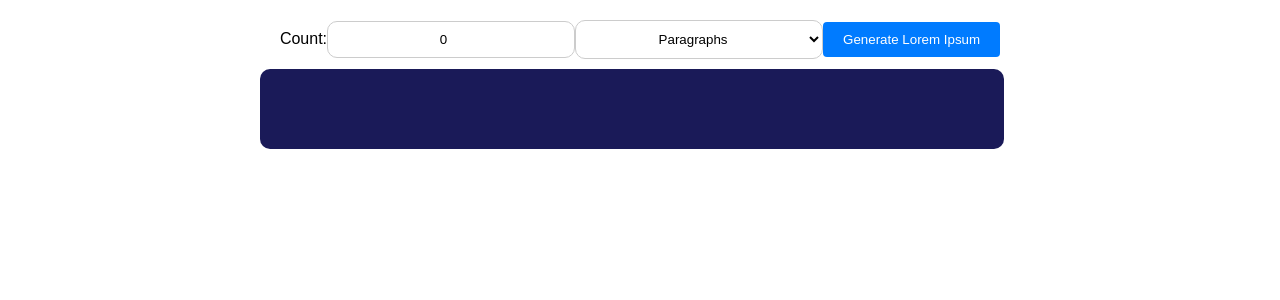
Repository: sriram1224/lorem-generator
Page: /
The author's editor kept a copy of each file at every save. The page is drawn from the files as they stood at one save, then again after the next save.
The browser window is 1280 px wide. The pictures show the whole page.
The project was rebuilt for these pictures with package versions that can differ from the ones it lists, and the page was loaded fresh each time.

Above is the page before, as saved 2024-03-11 21:48:30.

### src/App.js
import LoremIpsumGenerator from './Components/lorem';
import './App.css';

function App() {
  return (
    <div className="App">
      <LoremIpsumGenerator />
    </div>
  );
}

export default App;

### src/Components/lorem.js
import React, { useState } from 'react';
import { loremIpsum } from 'lorem-ipsum';
import './lorem.css';

const LoremGenerator = () => {
  const [count, setCount] = useState(0);
  const [type, setType] = useState('paragraphs');
  const [generatedText, setGeneratedText] = useState('');

  const handleCountChange = (e) => {
    const newCount = parseInt(e.target.value, 10);
    setCount(newCount);
  };

  const handleTypeChange = (e) => {
    setType(e.target.value);
  };

  const copyToClipboard = (text) => {
    navigator.clipboard.writeText(text);
    alert('Copied to clipboard!');
  };

  const copyAllToClipboard = () => {
    navigator.clipboard.writeText(generatedText);
    alert('All text copied to clipboard!');
  };

  const generateLorem = () => {
    let result = '';
    if (type === 'paragraphs') {
      for (let i = 0; i < count; i++) {
        const text = loremIpsum({ units: 'paragraphs' });
        result += `${i + 1}) ${text}\n`;
      }
    } else {
      for (let i = 0; i < count; i++) {
        const text = loremIpsum({ units: 'sentences' });
        result += `${i + 1}) ${text}\n`;
      }
    }
    setGeneratedText(result);
  };

  return (
    <div>
      <label>
        Count:
        <input type="number" value={count} onChange={handleCountChange} />
      </label>
      <select value={type} onChange={handleTypeChange}>
        <option value="paragraphs">Paragraphs</option>
        <option value="sentences">Sentences</option>
      </select>
      <button onClick={generateLorem}>Generate Lorem Ipsum</button>
      <div className="list-container">
        {generatedText.split('\n').map((text, index) => (
          <div className="list" key={`text_${index}`}>
            <span>{text}</span>
          </div>
        ))}
      </div>
      {generatedText && (
        <div>
          <button onClick={copyAllToClipboard}>Copy All</button>
        </div>
      )}
    </div>
  );
};

export default LoremGenerator;

### src/Components/lorem.css
/* Reset some default browser styles */
* {
    box-sizing: border-box;
    margin: 0;
    padding: 0;
}

/* Apply some basic styling to the body */
body {
    font-family: Arial, sans-serif;
    background-color: #ffffff;
    padding: 20px;
}

/* Container styling */
.container {
    max-width: 1100px;
    margin: 0 auto;
}

/* Input and select styling */
input[type="number"],
select {
    text-align: center;
   width: 20%;
    margin-bottom: 10px;
    padding: 10px;
    border: 1px solid #ccc;
    border-radius: 10px;
    background-color: #fff;
}

/* Button styling */
button {
    background-color: #007bff;
    color: #fff;
    border: none;
    border-radius: 4px;
    padding: 10px 20px;
    cursor: pointer;
}

button:hover {
    background-color: #0056b3;
}

/* Generated text styling */
.generated-text {
    margin-top: 20px;
}

/* Responsive styles */
@media screen and (max-width: 600px) {
    .container {
        padding: 10px;
    }
}
.list{
    display: flex;
    padding: 10px;
    width: 60%;
    height: 5rem;
    background-color:rgb(26, 26, 88);
    color:white;
    border-radius: 10px;
    margin-left: 15rem;

}
.list-container{
    display: flex;
    flex-direction: column;
    gap: 2rem;
}

Loaded but not shown: public/index.html (common file); src/index.js (common file); src/index.css (common file); src/reportWebVitals.js (common file); src/App.css (common file)

After the next save:
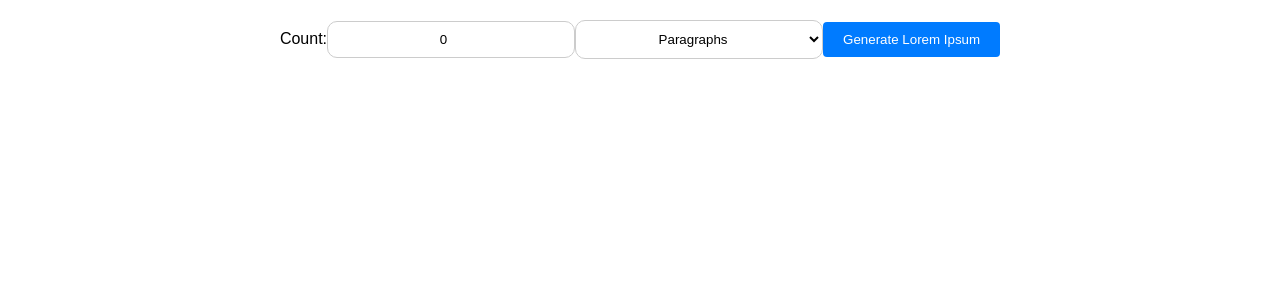
Saved 20 s later.
--- a/src/Components/lorem.js
+++ b/src/Components/lorem.js
@@ -55,7 +55,7 @@
       <button onClick={generateLorem}>Generate Lorem Ipsum</button>
       <div className="list-container">
         {generatedText.split('\n').map((text, index) => (
-          <div className="list" key={`text_${index}`}>
+          <div  key={`text_${index}`}>
             <span>{text}</span>
           </div>
         ))}

After the 2 saves that followed:
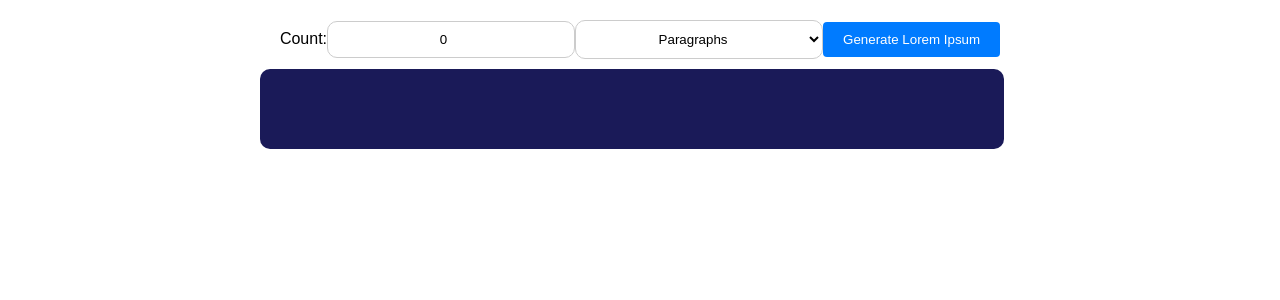
The 2 saves are shown as one change because 1 left the picture as it was.
The last was saved 2 min 43 s later.
--- a/src/Components/lorem.js
+++ b/src/Components/lorem.js
@@ -18,7 +18,7 @@
 
   const copyToClipboard = (text) => {
     navigator.clipboard.writeText(text);
-    alert('Copied to clipboard!');
+
   };
 
   const copyAllToClipboard = () => {
@@ -55,8 +55,10 @@
       <button onClick={generateLorem}>Generate Lorem Ipsum</button>
       <div className="list-container">
         {generatedText.split('\n').map((text, index) => (
-          <div  key={`text_${index}`}>
-            <span>{text}</span>
+            <div key={`text_${index}`}>
+                <div className='list'>
+                    <span>{text}</span>
+                    </div>
           </div>
         ))}
       </div>
